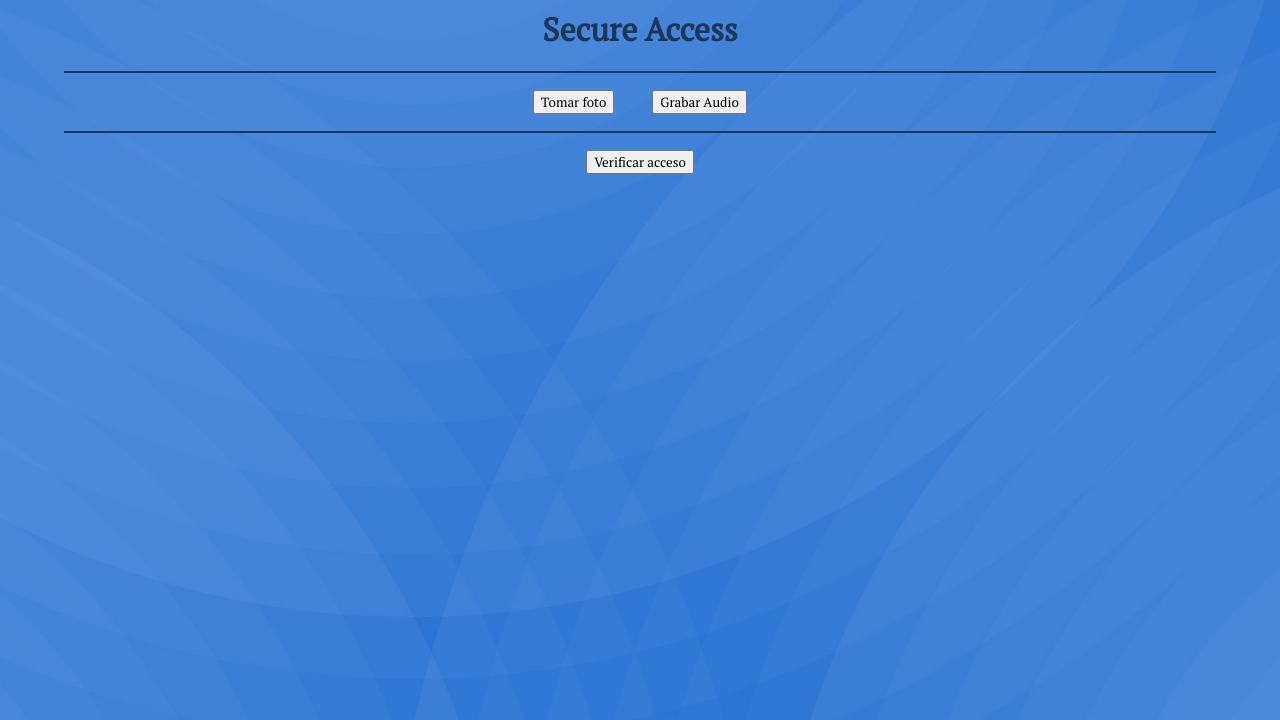
Repository: dabarreiroh/SECURE-ACCESS
Page: accessecure/templates/home/index.html
The author's editor kept a copy of each file at every save. The page is drawn from the files as they stood at one save, then again after the next save.
The browser window is 1280 px wide. The pictures show the whole page.

Above is the page before, as saved 2020-03-16 23:30:28.

After the next save:
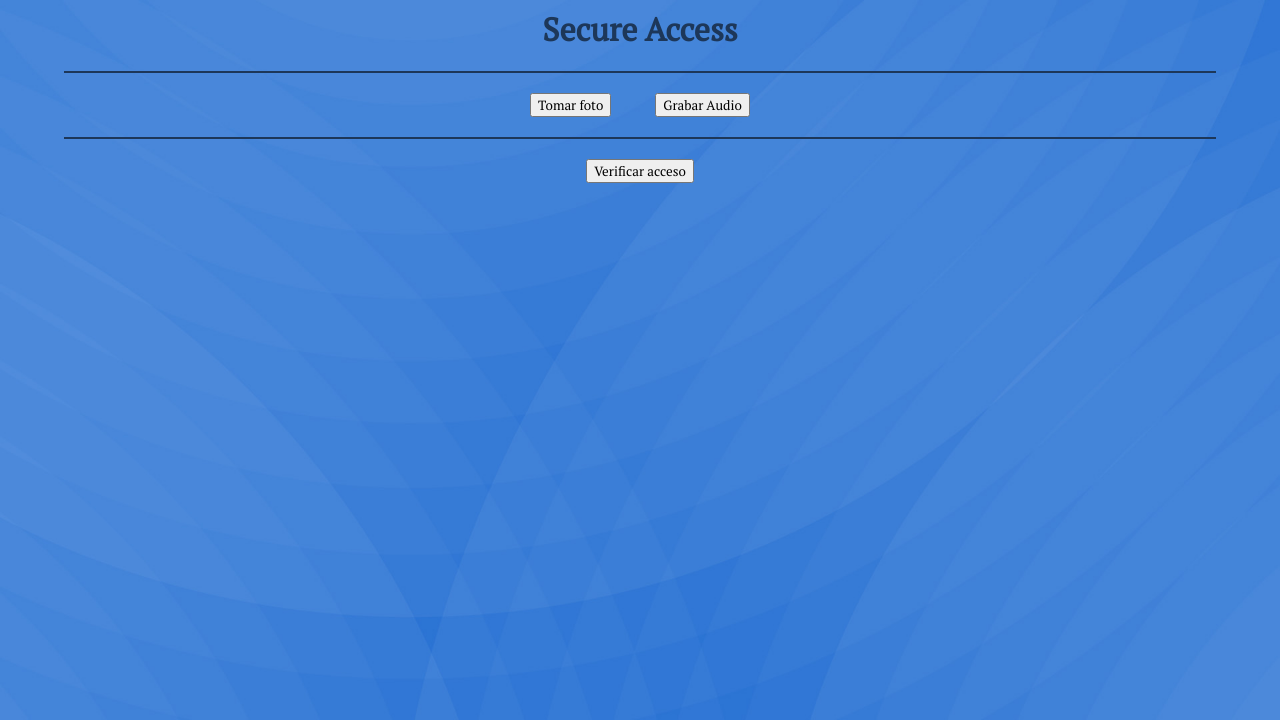
Saved 7 s later.
--- a/accessecure/static/admin/css/index/index.css
+++ b/accessecure/static/admin/css/index/index.css
@@ -21,5 +21,5 @@ h1{
 }
 
 input{
-    margin: 17px;
+    margin: 20px;
 }
